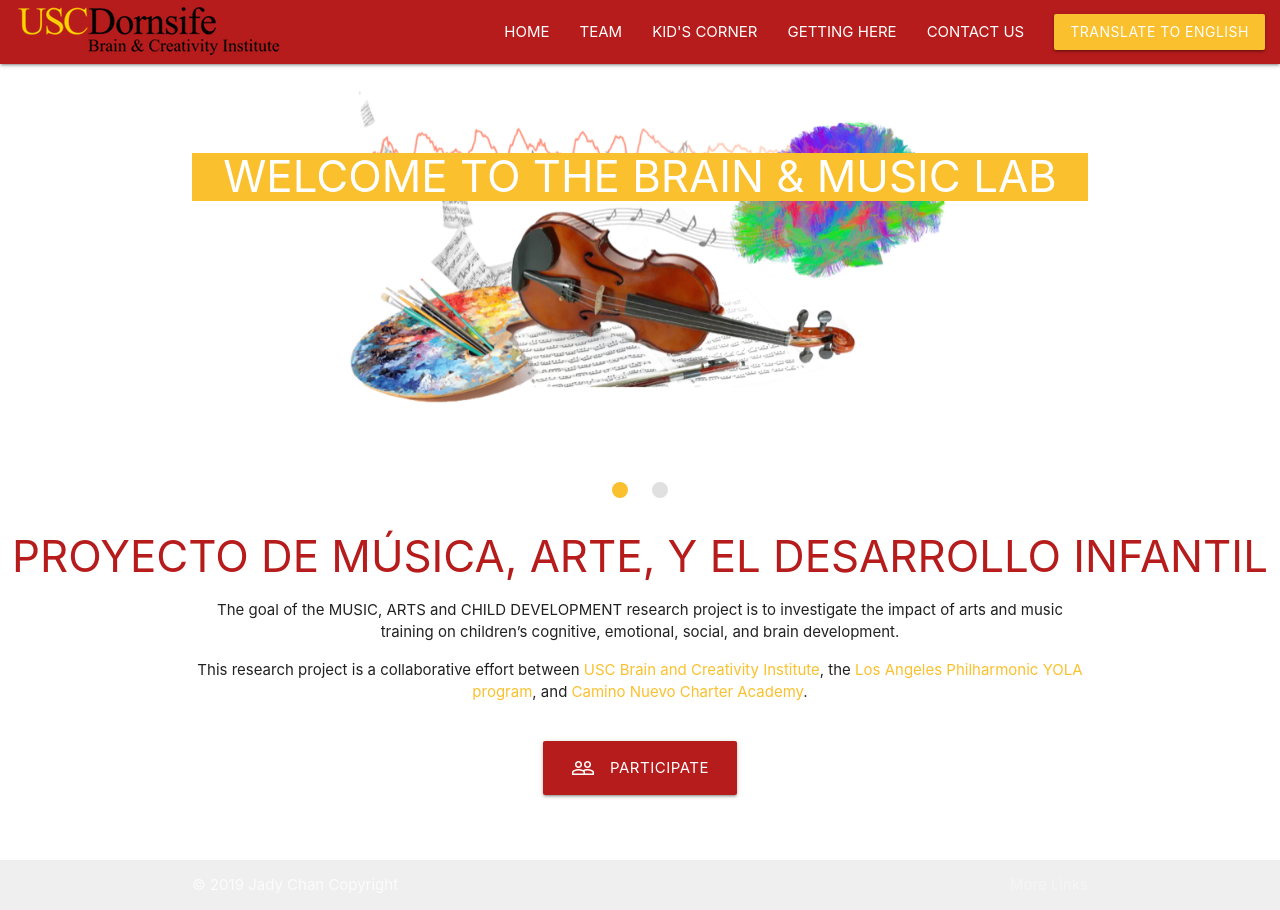
Repository: jadcy/brain-music
Page: indexsp.html
The author's editor kept a record of every edit. The page is drawn from the files as they stood at one moment, then again after the next edit.
The browser window is 1280 px wide. The pictures show the whole page.
Some web libraries are served in a nearby version.

Above is the page before.

### indexsp.html
<!DOCTYPE html>
<html>
    <head>
      <meta charset="UTF-8">
      <meta name="viewport" content="width=device-width, initial-scale=1.0">
      <meta http-equiv="X-UA-Compatible" content="ie=edge">
      <!-- font awesome -->
      <link rel="stylesheet" href="https://use.fontawesome.com/releases/v5.0.13/css/all.css" integrity="sha384-DNOHZ68U8hZfKXOrtjWvjxusGo9WQnrNx2sqG0tfsghAvtVlRW3tvkXWZh58N9jp" crossorigin="anonymous">
      <!--Import Google Icon Font-->
      <link href="https://fonts.googleapis.com/icon?family=Material+Icons" rel="stylesheet">
      <!-- Compiled and minified CSS -->
      <link rel="stylesheet" href="https://cdnjs.cloudflare.com/ajax/libs/materialize/1.0.0-beta/css/materialize.min.css">
      <link type="text/css" rel="stylesheet" href="css/materialize.css"  media="screen,projection"/>
      <link rel="icon" href="img/music2.png">
    </head>

    <body>
        <div class = "navbar-fixed">
          <nav class = "nav red darken-4">
            <div class="nav-wrapper">
              <a href="#!" class="brand-logo"><img src = "img/logo.png"/></a>
              <ul class="right hide-on-med-and-down">
                <li><a href="index.html">HOME</a></li>
                <li><a href="team.html">TEAM</a></li>
                <li><a href="team.html">KID'S CORNER</a></li>
                <li><a href="getting.html">GETTING HERE</a></li>
                <li><a href="contact.html">CONTACT US</a></li>
                <li><a class="waves-effect waves-light btn" style="background-color: #fbc02d" href="index.html">TRANSLATE TO ENGLISH</a></li>
              </ul>
            </div>
          </nav>
        </div>

        <div class="slider">
          <ul class="slides">
            <li>
              <img src="img/music2.png" class="responsive-img">
              <div class="caption center-align">
                <h3 style="background-color:#fbc02d;">WELCOME TO THE BRAIN & MUSIC LAB</h3>
              </div>
            </li>
            <li>
              <img src="img/music1.png" class="responsive-img">
            </li>
          </ul>
        </div>

        <div class = "center">
          <h3 style="color:#b71c1c">PROYECTO DE MÚSICA, ARTE, Y EL DESARROLLO INFANTIL</h3>
        </div>

        <div class="container">
        <div class="center">
          <p style="text-align:center;">The goal of the MUSIC, ARTS and CHILD DEVELOPMENT research project is to investigate the impact of arts and music training on children’s cognitive, emotional, social, and brain development.</p>
          <p style="text-align:center">This research project is a collaborative effort between <a href="https://dornsife.usc.edu/bci/" target="_blank" style="color:#fbc02d">USC Brain and Creativity Institute</a>, the <a href="https://www.laphil.com/education/local-programs/youth-orchestra-los-angeles/" target="_blank" style="color:#fbc02d">Los Angeles Philharmonic YOLA program</a>, and <a href="https://www.caminonuevo.org/" target="_blank" style="color:#fbc02d">Camino Nuevo Charter Academy</a>.</p>
          <br>
          <a class="waves-effect waves-light btn-large red darken-4" href="contact.html"><i class="material-icons left">people_outline</i>PARTICIPATE</a>

        </div></div>

        <br><br>
        <footer class="page-footer">
          <div class="footer-copyright">
            <div class="container">
            © 2019 Jady Chan Copyright
            <a class="grey-text text-lighten-4 right" href="#!">More Links</a>
            </div>
          </div>
        </footer>

        <!-- Compiled and minified JavaScript -->
        <script src="https://code.jquery.com/jquery-3.3.1.min.js"></script>
        <script src="https://cdnjs.cloudflare.com/ajax/libs/materialize/1.0.0-beta/js/materialize.min.js"></script>
        <script>
          $(document).ready(function(){
            $('.slider').slider();
          });
        </script>
    </body>
</html>

Loaded but not shown: css/materialize.css (library)

After the next edit:
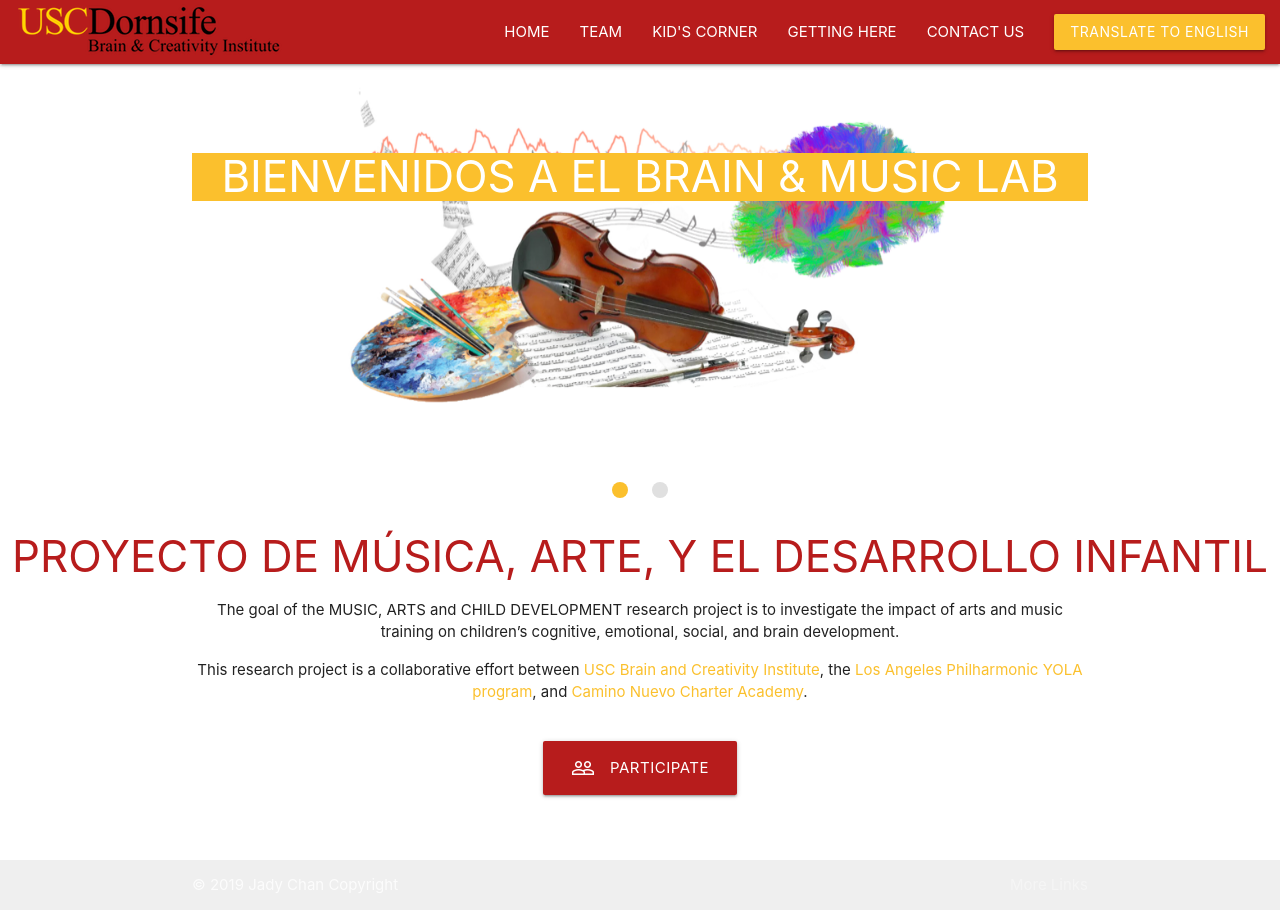
The edit:
--- a/indexsp.html
+++ b/indexsp.html
@@ -36,7 +36,7 @@
             <li>
               <img src="img/music2.png" class="responsive-img">
               <div class="caption center-align">
-                <h3 style="background-color:#fbc02d;">WELCOME TO THE BRAIN & MUSIC LAB</h3>
+                <h3 style="background-color:#fbc02d;">BIENVENIDOS A EL BRAIN & MUSIC LAB</h3>
               </div>
             </li>
             <li>
